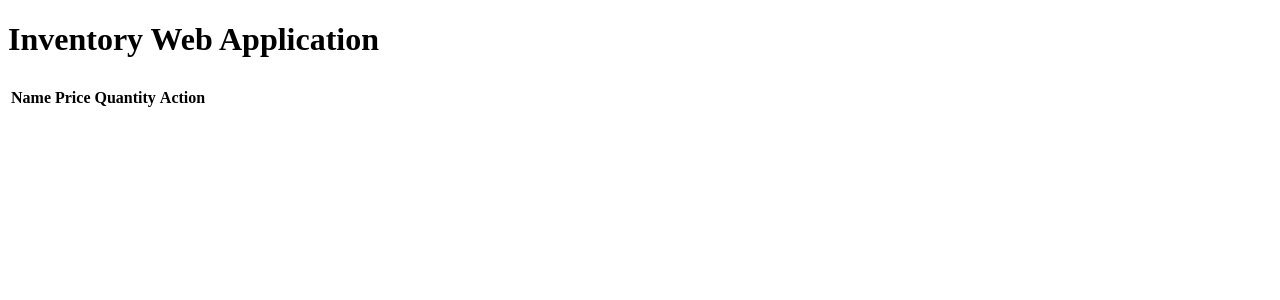
Repository: addisjackson/inventory-web-application
Page: index.html
The author's editor kept a copy of each file at every save. The page is drawn from the files as they stood at one save, then again after a run of saves.
The browser window is 1280 px wide. The pictures show the whole page.

Above is the page before, as saved 2023-06-27 03:26:49.

After the next 2 saves:
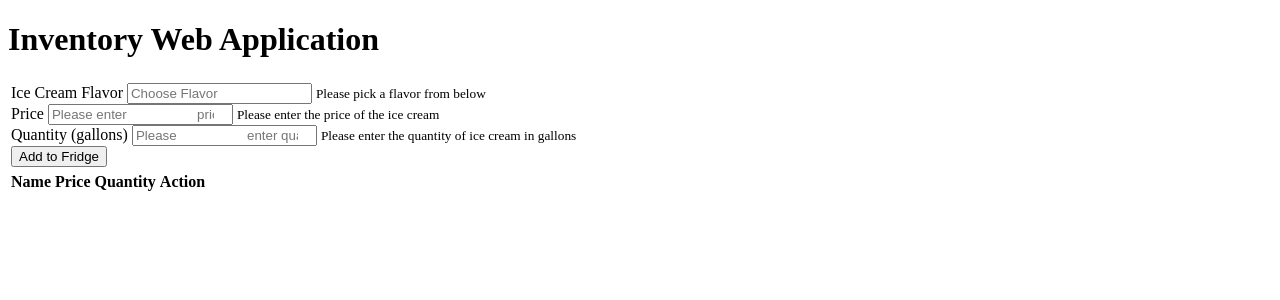
The 2 saves are shown as one change because they came seconds apart.
The last was saved 10 s later.
--- a/index.html
+++ b/index.html
@@ -20,7 +20,47 @@
                     <table>
                         <tr>
                             <td>
-
+                                <div class="form-control">
+                                    <label for="iceCreamNames">Ice Cream Flavor</label>
+                                    <input list="ice-cream-flavors" id="iceCreamNames" name="iceCreamNames"
+                  placeholder="Choose Flavor" onchange="if (this.value=='10000'){userselect.
+                  style.visibility='visible'}else {userselect.style.visibility='hidden'};">
+                                    <small>Please pick a flavor from below</small>
+                                    <datalist id="ice-cream-flavors">
+                                        <option value="Vanilla"></option>
+                                        <option value="Chocolate"></option>
+                                        <option value="Strawberry"></option>
+                                        <option value="Cookies and Cream"></option>
+                                        <option value="Cookie Dough"></option>
+                                        <option value="Butter Pecan"></option>
+                                        <option value="Birthday Cake"></option>
+                                        <option value="Rocky Road"></option>
+                                        <option value="Coffee"></option>
+                                        <option value="Pistachio"></option>
+                                        <option value="Chocolate Chip"></option>
+                                        <option value="Chocolate Chip Cookie Dough"></option>
+                                        <option value="Chocolate Peanut Butter"></option>
+                                        <option value="Chocolate Marshmallow"></option>
+                                        <option value="Chocolate Chip Mint"></option>
+                                        <option value="Chocolate Fudge Brownie"></option>
+                                        <option value="10000">Flavor not listed</option>
+                                    </datalist>
+                                    <input type="textbox" name="10000" id="input" style="visibility:hidden;">
+                                </div>
+                                <div class="form-control">
+                                    <label for="price">Price</label>
+                                    <input type="number" id="price" name="price" placeholder="Please enter
+                  price" required>
+                                    <small>Please enter the price of the ice cream</small>
+                                </div>
+                                <div class="form-control">
+                                    <label for="quantity">Quantity (gallons)</label>
+                                    <input type="number" id="quantity" name="quantity" placeholder="Please
+                  enter quantity" required>
+                                    <small>Please enter the quantity of ice cream in gallons</small>
+                                </div>
+                                <button type="submit">Add to Fridge</button>
+                            </form>
                             </td>
                         </tr>
                     </table>
